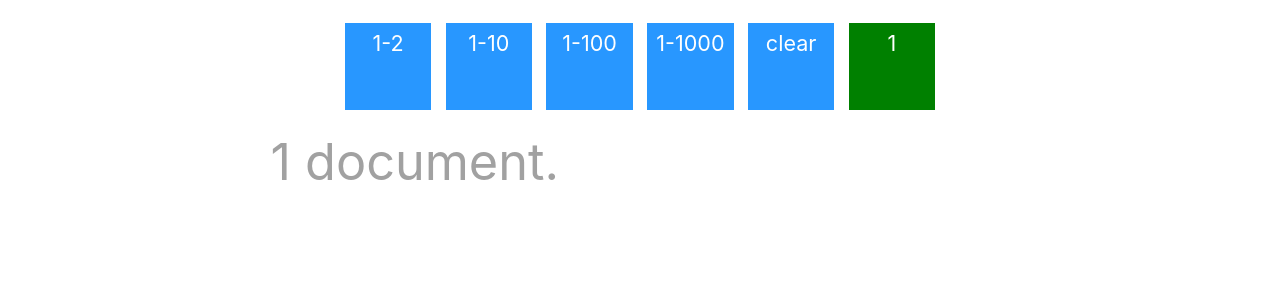
Repository: michalgornicki/number-generator
Page: /, after clicking the first element matching `div.button`
An editor plug-in stored every save of this project. The page is shown before and after the next save, followed by the edit.
The browser window is 1280 px wide. The pictures show the whole page.
The project was rebuilt for these pictures with package versions that can differ from the ones it lists, and the page was loaded fresh each time.

Above is the page before, as saved 2021-12-03 14:16:06.

After the next save:
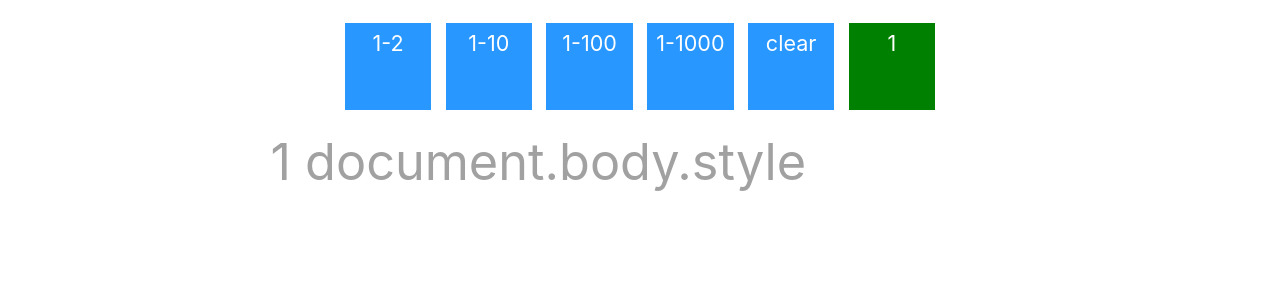
Saved 5 s later.
--- a/src/App.jsx
+++ b/src/App.jsx
@@ -45,7 +45,7 @@ function App() {
           return (
             <div className="map-item">
               {item} {console.log(index)}
-              document.
+              document.body.style
             </div>
           );
         })}
